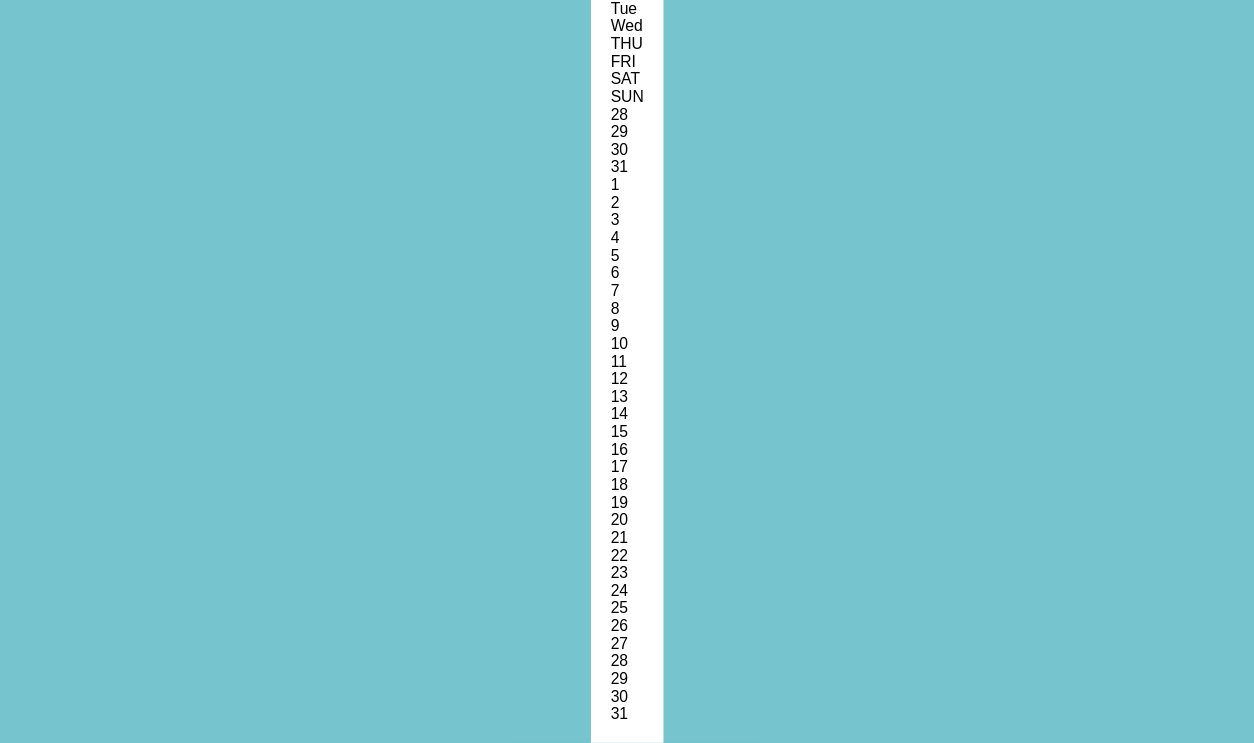
Repository: KYUUBI-K/HTML
Page: За 1 курс/Лаб 4/calendar.html
These files come from the project's save history. The page is drawn as it stood at one moment and after the next save; the edit follows.
The browser window is 1280 px wide. The pictures show the whole page, at 98% of full size.

Above is the page before, as saved 2021-03-30 13:22:24.

### За 1 курс/Лаб 4/calendar.html
<!DOCTYPE html>
<html lang="en">
<head>
    <meta charset="UTF-8">
    <meta http-equiv="X-UA-Compatible" content="IE=edge">
    <meta name="viewport" content="width=device-width, initial-scale=1.0">
    <title>Document</title>
    <link rel="stylesheet" href="for_calend.css">
</head>
<body style="background-color:rgba(80, 181, 194, 0.788) ;">
    <div class="calendar">
        <div class="date">
            <div class="day">Mon</div>
            <div class="day">Tue</div>
            <div class="day">Wed</div>
            <div class="day">THU</div>
            <div class="day">FRI</div>
            <div class="day">SAT</div>
            <div class="day">SUN</div>
            <div class="number">28</div>
            <div class="number">29</div>
            <div class="number">30</div>
            <div class="number">31</div>
            <div class="number">1</div>
            <div class="number">2</div>
            <div class="number">3</div>
            <div class="number">4</div>
            <div class="number">5</div>
            <div class="number">6</div>
            <div class="number">7</div>
            <div class="number">8</div>
            <div class="number">9</div>
            <div class="number">10</div>
            <div class="number">11</div>
            <div class="number">12</div>
            <div class="number">13</div>
            <div class="number">14</div>
            <div class="number">15</div>
            <div class="number">16</div>
            <div class="number">17</div>
            <div class="number">18</div>
            <div class="number">19</div>
            <div class="number">20</div>
            <div class="number">21</div>
            <div class="number">22</div>
            <div class="number">23</div>
            <div class="number">24</div>
            <div class="number">25</div>
            <div class="number">26</div>
            <div class="number">27</div>
            <div class="number">28</div>
            <div class="number">29</div>
            <div class="number">30</div>
            <div class="number">31</div>
        </div>
    </div>
</body>
</html>

### За 1 курс/Лаб 4/for_calend.css
body{
    margin:0;
    padding: 0;
    display: flex;
    justify-content: center;
    align-items: center;
    height: 100vh;
    font-family:sans-serif;
}
.calendar{
    width: 300ox;
    height: auto;
    background-color: white;
    box-sizing: border-box;

}
.calendar .date{
    padding: 20px;
    display: grid;
    grid-template-columns: repeat(auto-fit,minmax(25px,1fr));

}

After the next save:
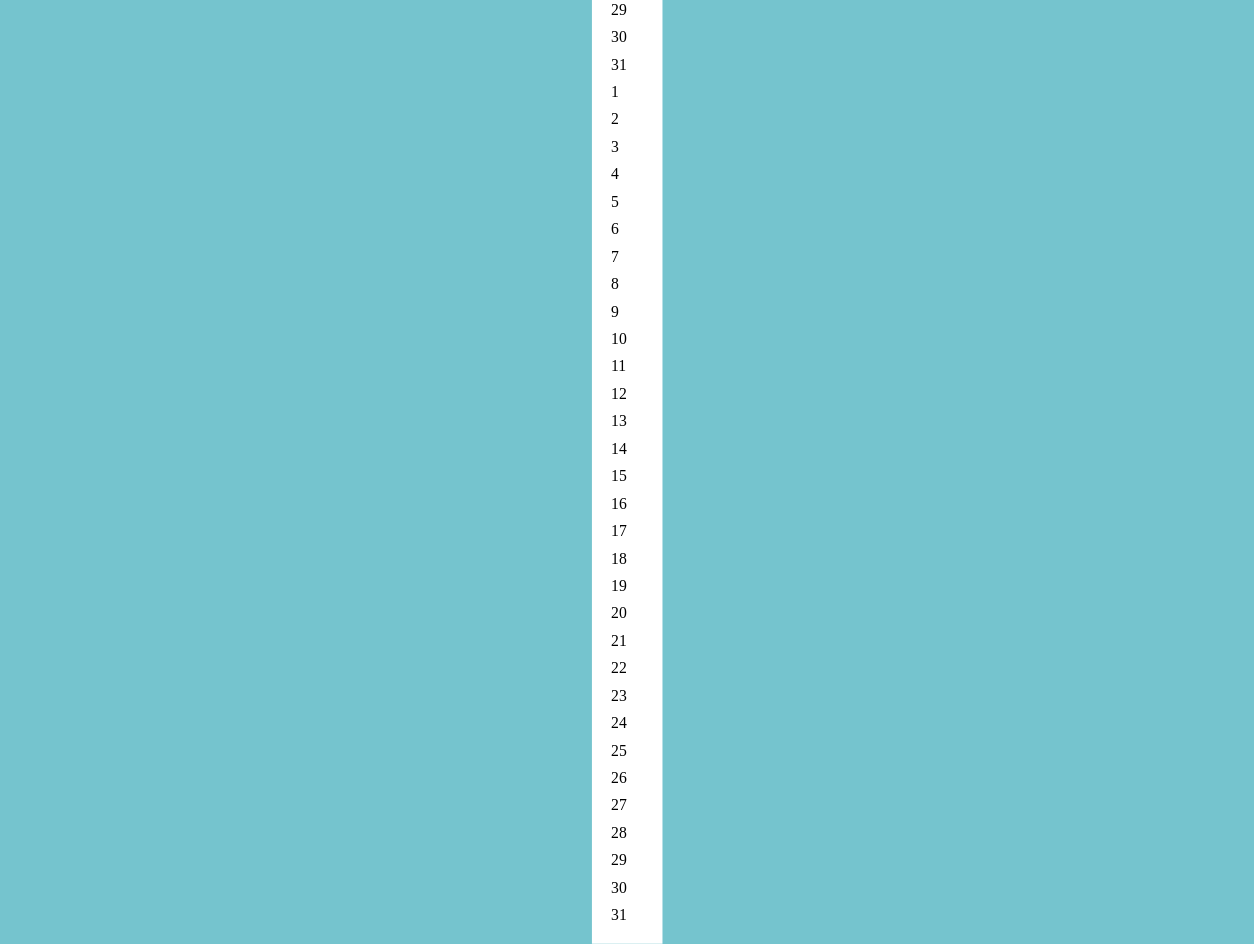
Saved 11 s later.
--- a/За 1 курс/Лаб 4/for_calend.css
+++ b/За 1 курс/Лаб 4/for_calend.css
@@ -5,7 +5,6 @@ body{
     justify-content: center;
     align-items: center;
     height: 100vh;
-    font-family:sans-serif;
 }
 .calendar{
     width: 300ox;
@@ -18,5 +17,7 @@ body{
     padding: 20px;
     display: grid;
     grid-template-columns: repeat(auto-fit,minmax(25px,1fr));
+    grid-gap: 10px;
+    box-sizing: border-box;
 
 }
